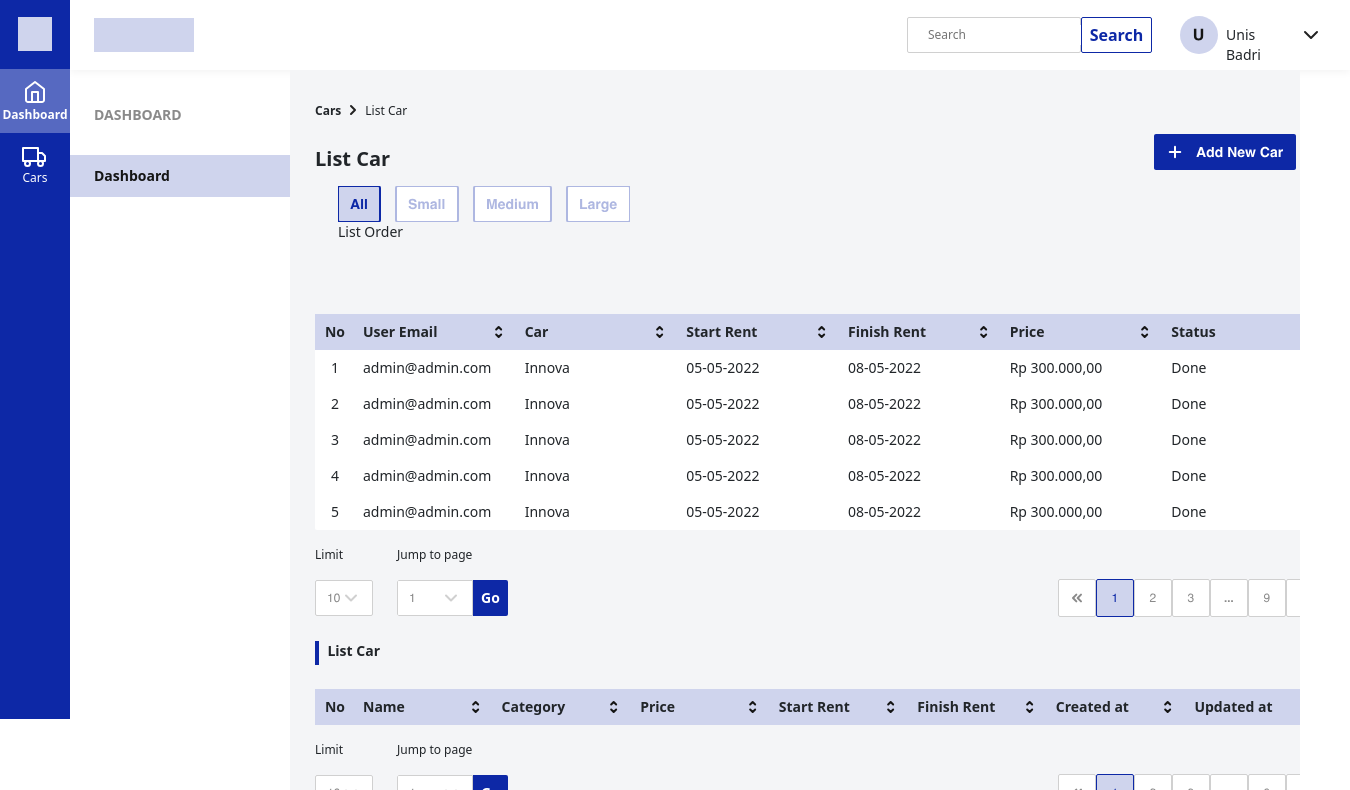
Repository: farrelmuhammad/challenge-7-binar
Page: /carlist
These files come from the project's save history. The page is drawn as it stood at one moment and after the next save; the edit follows.
The browser window is 1280 px wide. The page is 1350 px wide, so the pictures cover 1350 px, including what lies to the right of the window. The pictures show the whole page.
The project was rebuilt for these pictures with package versions that can differ from the ones it lists, and the page was loaded fresh each time. Also part of the build but not shown: src/component/navbar.js, src/component/header.js, src/component/footer.js, src/App.js, src/component/admin/Dashboard/index.jsx, src/pages/admin/Dashboard.js, src/component/searchForm.js, src/pages/cars.js.

Above is the page before, as saved 2022-05-27 19:32:51.

### src/index.css
body {
  font-family: Helvetica Neue, Helvetica, Arial, sans-serif;
  font-style: normal;
  font-weight: normal;
  font-size: 14px;
  line-height: 20px;
  margin: 0;
  padding: 0;
}

h1,
h2,
h3,
h4,
h5 {
  line-height: 150%;
}

.header{
  background-color: #F1F3FF;
}

.footer i {
  color: #0D28A6;
  font-size: x-large;
}

.bg-darkblue{
  background-color: #0D28A6;
}

.logo {
  background-color: #0D28A6;
  width: 100px;
  height: 34px;
}

code {
  font-family: source-code-pro, Menlo, Monaco, Consolas, 'Courier New',
    monospace;
}

.card-cari {
  width: 1047px;
  /* height: 106px; */
  margin-top: -50px;
  z-index: 2;
}
.button-cari {
  width: 92px !important;
  margin-top: 30px;
  height: 36px;
}
.activeCari {
  height: 100%;
  width: 0;
  position: fixed;
  z-index: 2;
  top: 0;
  left: 0;
  background-color: rgba(0, 0, 0, 0.5);
  overflow-x: hidden;
  transition: 0.5s;
  padding-top: 34px;
}

### src/component/admin/Navbar.jsx
import { Link } from 'react-router-dom';
import './Navbar.css';

const Navbar = () => {
  return (
    <header>
      {/* navbar top */}
      <div className="nav-top navbar">
        <div className="logo"></div>
        <span
          className="icon-menu iconify"
          data-icon="charm:menu-hamburger"
          data-width="24"
        ></span>
        <form className="nav-search d-flex">
          <div className="box-search">
            <span
              className="iconify"
              data-icon="akar-icons:search"
              data-width="18"
            ></span>
            <input type="search" placeholder="Search" />
          </div>
          <button className="button-search" type="submit">
            Search
          </button>
        </form>
        <div className="profile">
          <img src="img/profile.svg" alt="profile" />
          <p>Unis Badri</p>
          <img className="dropdown" src="img/dropdown.svg" alt="dropdown" />
        </div>
      </div>

      {/* navbar side */}
      <div className="nav-side">
        <div className="nav-blue">
          <div className="square"></div>
          <div className="frame-menu">
            <div className="dash-img" id="active">
              <a href="/dashboard">
                <img src="/img/dashboard.svg" alt="dashboard" />
              </a>
              <a href="/dashboard">Dashboard</a>
            </div>
            <div className="dash-img">
              <Link to="/carlist">
              <a>
                <img src="/img/cars.svg" alt="cars" />
                Cars
              </a>
              </Link>
            </div>
          </div>
        </div>
        <div className="nav-white">
          <div className="title-menu">
            <h1>DASHBOARD</h1>
          </div>
          <div className="list-menu">
            <h1>Dashboard</h1>
          </div>
        </div>
      </div>
    </header>
  );
};

export default Navbar;

### src/component/admin/Cars/index.jsx

import "./Content.css";

const CarsListContent= () => {
  const dataOrder = [
    {
      id: "1",
      email: "admin@admin.com",
      car: "Innova",
      start: "05-05-2022",
      finish: "08-05-2022",
      price: "Rp 300.000,00",
      status: "Done",
    },
    {
      id: "2",
      email: "admin@admin.com",
      car: "Innova",
      start: "05-05-2022",
      finish: "08-05-2022",
      price: "Rp 300.000,00",
      status: "Done",
    },
    {
      id: "3",
      email: "admin@admin.com",
      car: "Innova",
      start: "05-05-2022",
      finish: "08-05-2022",
      price: "Rp 300.000,00",
      status: "Done",
    },
    {
      id: "4",
      email: "admin@admin.com",
      car: "Innova",
      start: "05-05-2022",
      finish: "08-05-2022",
      price: "Rp 300.000,00",
      status: "Done",
    },
    {
      id: "5",
      email: "admin@admin.com",
      car: "Innova",
      start: "05-05-2022",
      finish: "08-05-2022",
      price: "Rp 300.000,00",
      status: "Done",
    },
  ];


  return (
    <>
      <div className="content">
        <div className="breadcrumb">
          <h1>Cars</h1>
          <img src="img/arrow-right.svg" alt="arrow-right" />
          <p>List Car</p>
        </div>
        <div className="row">
            <div className="col">
                <h1 className="title-h1">List Car</h1>
            </div>
            <div className="col mt-5 p-3 text-end">
                <img src="img/btn-addcar.svg" alt="add new"/>
            </div>
        </div>
        <div className="breadcumb ms-5">
          <img src="img/breadcumb carlist.svg" alt="" />
          <h1>List Order</h1>
        </div>

        {/* order table */}
        <div className="list-table">
          <table className="table table-borderless" id="dashTab">
            <thead>
              <tr>
                <th style={{ textAlign: "center" }}>No</th>
                <th>
                  User Email
                  <img className="sort" src="img/sort.svg" alt="sort" />
                </th>
                <th>
                  Car
                  <img className="sort" src="img/sort.svg" alt="sort" />
                </th>
                <th>
                  Start Rent
                  <img className="sort" src="img/sort.svg" alt="sort" />
                </th>
                <th>
                  Finish Rent
                  <img className="sort" src="img/sort.svg" alt="sort" />
                </th>
                <th>
                  Price
                  <img className="sort" src="img/sort.svg" alt="sort" />
                </th>
                <th>
                  Status
                  <img className="sort" src="img/sort.svg" alt="sort" />
                </th>
              </tr>
            </thead>
            <tbody>
              {dataOrder?.map((order, i) => (
                <>
                  <tr key={order.id}>
                    <td style={{ textAlign: "center" }}>
                      {i + 1}
                    </td>
                    <td>{order.email}</td>
                    <td>{order.car}</td>
                    <td>{order.start}</td>
                    <td>{order.finish}</td>
                    <td>{order.price}</td>
                    <td>{order.status}</td>
                  </tr>
                </>
              ))}
            </tbody>
          </table>
        </div>

        {/* table navigation */}
        <div className="table-nav">
          <div className="limit-nav">
            <p>Limit</p>
            <img src="img/form-drop.svg" alt="form-drop" />
          </div>
          <div className="jump-nav">
            <p>Jump to page</p>
            <img src="img/form-drop-2.svg" alt="form-drop-2" />
          </div>
          <div className="go-nav">
            <h1>Go</h1>
          </div>
          <div className="page-number">
            <img src="img/page-number.svg" alt="page-number" />
          </div>
        </div>

        <div className="list-car">
          <img src="img/line-blue.svg" alt="" />
          <h1>List Car</h1>
        </div>
        {/* car table */}
        <div className="list-table">
          <table className="table table-borderless">
            <thead>
              <tr>
                <th style={{ textAlign: "center" }}>No</th>
                <th>
                  Name
                  <img className="sort" src="img/sort.svg" alt="sort" />
                </th>
                <th>
                  Category
                  <img className="sort" src="img/sort.svg" alt="sort" />
                </th>
                <th>
                  Price
                  <img className="sort" src="img/sort.svg" alt="sort" />
                </th>
                <th>
                  Start Rent
                  <img className="sort" src="img/sort.svg" alt="sort" />
                </th>
                <th>
                  Finish Rent
                  <img className="sort" src="img/sort.svg" alt="sort" />
                </th>
                <th>
                  Created at
                  <img className="sort" src="img/sort.svg" alt="sort" />
                </th>
                <th>
                  Updated at
                  <img className="sort" src="img/sort.svg" alt="sort" />
                </th>
              </tr>
            </thead>
            <tbody>
              {/* {dataCarAdmin?.map((car, i) => (
                <>
                  <tr>
                    <td key={car.id} style={{ textAlign: "center" }}>
                      {i + 1}
                    </td>
                    <td>{car.name}</td>
                    <td>{car.category}</td>
                    <td>{car.price}</td>
                    <td>{car.start_rent_at}</td>
                    <td>{car.finish_rent_at}</td>
                    <td>{car.createdAt}</td>
                    <td>{car.updatedAt}</td>
                  </tr>
                </>
              ))} */}
            </tbody>
          </table>
        </div>

        {/* table navigation */}
        <div className="table-nav">
          <div className="limit-nav">
            <p>Limit</p>
            <img src="img/form-drop.svg" alt="form-drop" />
          </div>
          <div className="jump-nav">
            <p>Jump to page</p>
            <img src="img/form-drop-2.svg" alt="form-drop-2" />
          </div>
          <div className="go-nav">
            <h1>Go</h1>
          </div>
          <div className="page-number">
            <img src="img/page-number.svg" alt="page-number" />
          </div>
        </div>
      </div>
    </>
  );
};

export default CarsListContent

### src/component/admin/Navbar.css
h1 {
    font-size: 14px;
    line-height: 20px;
}

header .nav-top {
    position: absolute;
    width: 1280px;
    height: 70px;
    left: 70px;
    right: 0;
    top: 0px;
    box-shadow: 0px 2px 8px rgba(0, 0, 0, 0.05);
}

header .nav-top .logo {
    position: absolute;
    width: 100px;
    height: 34px;
    left: 24px;
    top: 18px;
    background: #CFD4ED;
}

header .nav-top .icon-menu {
    position: absolute;
    width: 24px;
    height: 24px;
    left: 244px;
    top: 23px;
}

header .nav-top .nav-search {
    display: flex;
    flex-direction: row;
    align-items: flex-start;
    padding: 0px;
    position: absolute;
    width: 245px;
    height: 36px;
    left: 837px;
    top: 17px;
}

header .nav-top .nav-search .box-search {
    display: flex;
    flex-direction: row;
    align-items: center;
    padding-left: 12px;
    width: 174px;
    height: 36px;
    border: 1px solid #D0D0D0;
    border-radius: 2px;
    font-size: 12px;
    line-height: 18px;
    color: #8A8A8A;
}

header .nav-top .nav-search .box-search > input {
    border: none;
    outline: none;
    padding-left: 8px;
}

header .nav-top .nav-search .button-search {
    display: flex;
    flex-direction: row;
    justify-content: center;
    align-items: center;
    padding: 8px 12px;
    width: 71px;
    height: 36px;
    background-color: white;
    border: 1px solid #0D28A6;
    border-radius: 2px;
    font-weight: 700;
    color:#0D28A6;
}

header .nav-top .profile {
    display: flex;
    flex-direction: row;
    align-items: center;
    position: absolute;
    width: 143px;
    height: 38px;
    left: 1110px;
    right: 24px;
    top: 16px;
}

header .nav-top .profile > p {
    position: absolute;
    width: 65px;
    height: 20px;
    left: 46px;
    top: 9px;
    font-weight: 400;
    font-size: 14px;
    line-height: 20px;
}

header .nav-top .profile .dropdown {
    position: absolute;
    width: 24px;
    height: 24px;
    left: 119px;
    top: 7px;
}

header .nav-side {
    position: absolute;
    width: 290px;
    height: 100%;
    left: 0px;
    top: -1px;
}

header .nav-side .nav-blue {
    position: absolute;
    left: 0%;
    right: 75.86%;
    top: 0%;
    bottom: 0%;
    background: #0D28A6;
}

header .nav-side .nav-blue .square {
    position: absolute;
    width: 34px;
    height: 34px;
    left: 18px;
    top: 18px;
    background: #CFD4ED;
}

header .nav-side .nav-blue .frame-menu {
    display: flex;
    flex-direction: column;
    align-items: flex-start;
    padding: 0px;
    position: absolute;
    width: 70px;
    height: 128px;
    left: 0px;
    top: 70px;
}

header .nav-side .nav-blue .frame-menu .dash-img {
    display: flex;
    flex-direction: column;
    justify-content: center;
    align-items: center;
    padding: 20px 23px;
    position: static;
    width: 70px;
    height: 64px;
    left: 0px;
    top: 0px;
}

#active {
    font-weight: 700;
    background: rgba(255, 255, 255, 0.3);
}

header .nav-side .nav-blue .frame-menu .dash-img a {
    font-size: 12px;
    line-height: 18px;
    margin-top: 2px;
    text-decoration: none;
    color: white;
}

header .nav-side .nav-blue img:last-child {
    margin-top: 0;
}

header .nav-side .nav-white {
    position: absolute;
    left: 24.14%;
    right: 0%;
    top: 7.76%;
    bottom: 0.22%;
}

header .nav-side .nav-white .title-menu {
    position: absolute;
    width: 220px;
    height: 42px;
    left: 24px;
    top: 50px;
}

header .title-menu h1 {
    font-weight: 700;
    color: #8A8A8A;
    left: 24px;
}

header .nav-side .nav-white .list-menu {
    position: static;
    margin-top: 100px;
    width: 220px;
    height: 42px;
    padding: 11px 24px;
    background: #CFD4ED;
}

header .list-menu h1 {
    font-weight: 700;
    color: #151515;
    left: 24px;
}

### src/component/admin/Cars/Content.css
.content {
    position: absolute;
    overflow: auto;
    left: 290px;
    top: 70px;
    /* width: 1280px; */
    height: 100%;
    background: #F4F5F7;
    font-size: 14px;
    line-height: 20px;
}

.content .breadcrumb {
    position: absolute;
    width: 300px;
    height: 18px;
    left: 25px;
    top: 32px;
}

.content .breadcrumb > h1 {
    font-size: 12px;
    line-height: 18px;
    font-weight: 700;
}

.content .breadcrumb > p {
    font-size: 12px;
    line-height: 18px;
    font-weight: 300;
}

.content .breadcrumb > img {
    width: 16px;
    height: 16px;
    margin-left: 4px;
    margin-right: 4px;
}

.content .title-h1 {
    font-size: 20px;
    line-height: 30px;
    font-weight: 700;
    margin-left: 25px;
    margin-top:74px;
}

.content .list-order {
    margin-top: 24px;
    position: absolute;
    width: 79px;
    height: 24px;
    margin-left: 25px;
}

.content .list-order > img {
    width: 4px;
    height: 24px;
}

.content .list-order > h1 {
    float: right;
    font-weight: 700;
    margin-left: 8px;
}

.content .list-table table {
    margin-left: 25px;
    margin-top: 72px;
    width: 100%;
    table-layout: fixed;
    background-color: white;
    border: 1px solid none;
    border-radius: 2px;
}

.content .list-table table thead {
    background-color: rgba(207, 212, 237, 1);
    font-weight: 700;
}

.content .list-table table thead th:first-child {
    width: 40px;
}

.content .list-table table thead th > img {
    float: right;
}

.content .table-nav {
    display: flex;
    flex-direction: row;
    width: 1010px;
    font-size: 12px;
    line-height: 18px;
    font-weight: 300;
}

.content .table-nav .limit-nav{
    margin-left: 25px;
}

.content .table-nav .limit-nav p {
    font-size: 12px;
    line-height: 18px;
}

.content .table-nav .jump-nav {
    margin-left: 24px;
}

.content .table-nav .jump-nav p {
    font-size: 12px;
    line-height: 18px;
}

.content .table-nav .go-nav {
    width: 43px;
    height: 36px;
    margin-top: 34px;
    background: #0D28A6;
    border-radius: 0px 2px 2px 0px;
}

.content .table-nav .go-nav > h1 {
    text-align: center;
    font-weight: bold;
    color: white;
    padding: 8px 8px;
}

.content .table-nav .page-number {
    margin-top: 33px;
    margin-left: 550px;
}

.content .list-car {
    margin-top: 24px;
    position: absolute;
    width: 65px;
    height: 24px;
    margin-left: 25px;
}

.content .list-car > img {
    width: 4px;
    height: 24px;
}

.content .list-car > h1 {
    float: right;
    font-weight: 700;
    margin-left: 8px;
}

.content .title-button-car {
    display: inline-flex;
}

.content .title-button-car > h1 {
    margin-right: 800px;
}

.content .title-button-car > a img {
    margin-top: 74px;
}

.content .button-category {
    margin-top: 24px;
    margin-left: 8px;
    display: inline-flex;
}

.content .button-category img {
    margin-left: 16px;
}

.content .cars-card {
    width: 320px;
    height: 482px;
    margin-left: 25px;
    margin-top: 24px;
    box-shadow: 0px 0px 4px rgba(0, 0, 0, 0.15);
    border-radius: 8px;
}

.content .cars-card .card-img-top {
    width: 270px;
    height: 160px;
    margin: auto;
    margin-top: 55px;
}

.content .cars-card .card-body {
    padding: 24px;
}

.content .cars-card .card-body .bold-h1 {
    font-weight: 700;
    font-size: 16px;
    line-height: 24px;
    margin-bottom: 0;
}

.content .cars-card .card-body-text {
    display: inline-flex;
    width: 303px;
    height: 20px;
    margin-top: 16px;
}

.content .cars-card .card-body-text img {
    margin-right: 8px;
    width: 20px;
    height: 20px;
}

.content .cars-card .button-card {
    display: inline-flex;
    margin-left: 8px;
    margin-top: 24px;
}

.content .cars-card .button-card img {
    width: 120px;
}

.content .cars-card .button-card img:last-child {
    margin-left: 16px;
}

.content .form-add-new-car {
    width: 1010px;
    height: 350px;
    background: white;
    margin-top: 32px;
    margin-left: 25px;
}

.content .form-add-new-car .content-form {
    padding-top: 16px;
    padding-left: 25px;
    font-weight: 300;
    font-size: 12px;
    line-height: 18px;
}

.content .form-add-new-car .content-form label {
    width: 147px;
}

.content .form-add-new-car .content-form input {
    width: 339px;
    height:auto;
    border: 1px solid #D0D0D0;
    border-radius: 2px;
    color: #8A8A8A;
    font-weight: 300;
    font-size: 12px;
    line-height: 18px;
}

.content .form-add-new-car .content-form .content-box {
    margin-left: 4px;
}

.content .form-add-new-car .content-h1 h1 {
    display: inline-flex;
    margin-left: 25px;
    margin-top: 16px;
    font-weight: 300;
    font-size: 12px;
    line-height: 18px;
}

.content .form-add-new-car .content-h1 h1:first-child {
    width: 147px;
}

.content .form-add-new-car .content-h1 h1:last-child {
    margin-left: 8px;
}

.content .button-form {
    display: inline-flex;
    margin-left: 9px;
}

.content .button-form img {
    margin-left: 16px;
    margin-top: 282px;
    margin-bottom: 40px;
}

Loaded but not shown: public/index.html (common file); src/app/store.js (common file); src/reportWebVitals.js (common file); src/features/counter/counterAPI.js (common file); src/features/counter/counterSlice.js (73 lines, source omitted); src/index.js (26 lines, source omitted); src/Routes.js (23 lines, source omitted); src/pages/admin/CarsList.js (14 lines, source omitted); src/component/admin/Dashboard/Content.css (293 lines, source omitted)

After the next save:
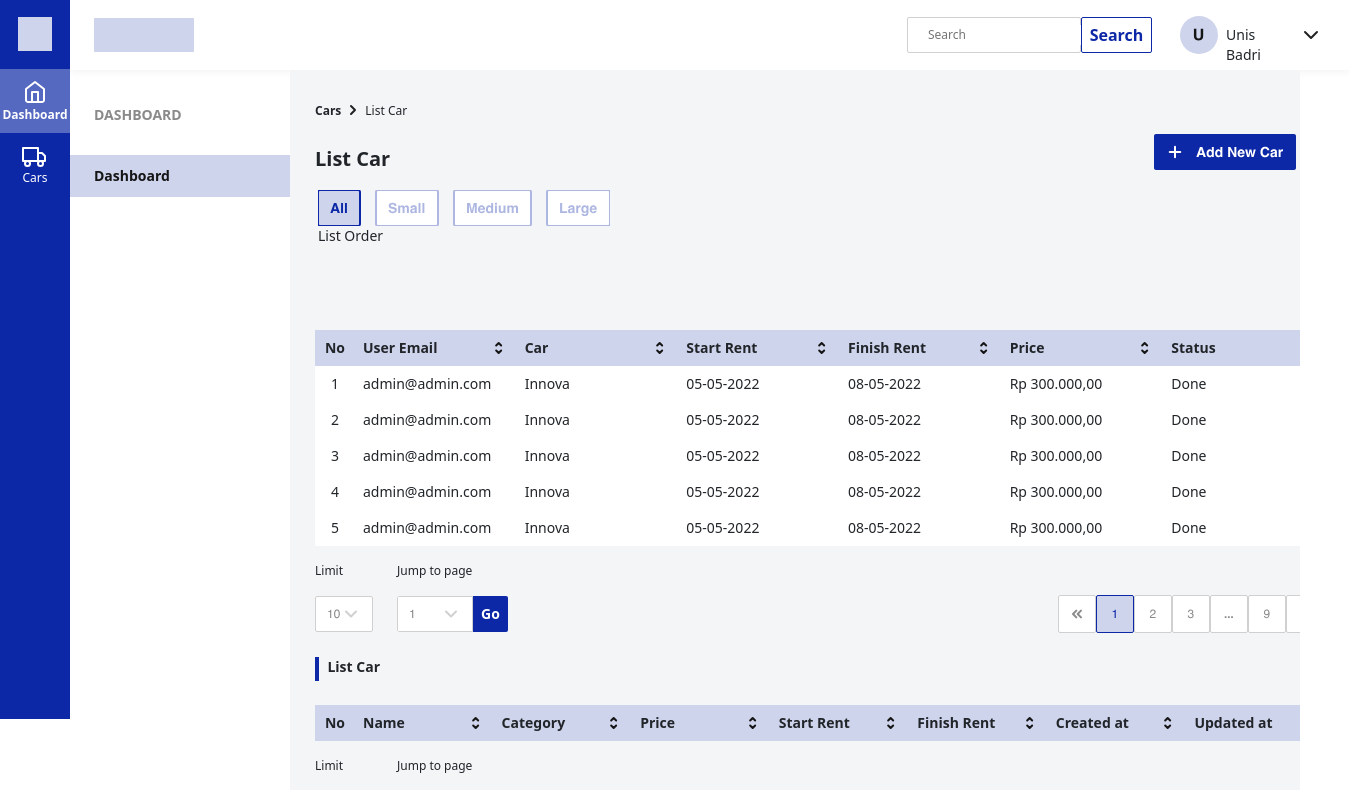
Saved 5 s later.
--- a/src/component/admin/Cars/index.jsx
+++ b/src/component/admin/Cars/index.jsx
@@ -67,7 +67,7 @@ const CarsListContent= () => {
                 <img src="img/btn-addcar.svg" alt="add new"/>
             </div>
         </div>
-        <div className="breadcumb ms-5">
+        <div className="breadcumb ms-4 p-1">
           <img src="img/breadcumb carlist.svg" alt="" />
           <h1>List Order</h1>
         </div>
